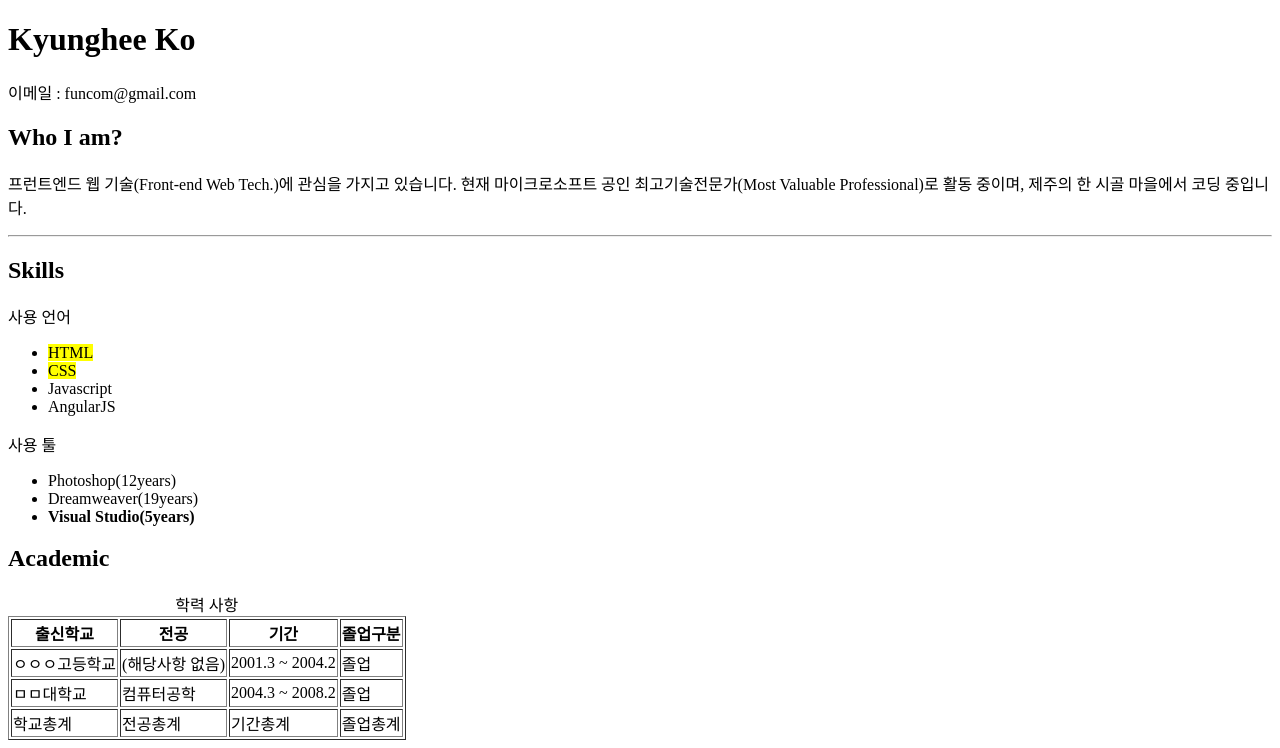
Repository: seulhwangbo/SeulJSP
Page: jspSrc17/webStandard01/src/main/webapp/02/resume.html
The author's editor kept a copy of each file at every save. The page is drawn from the files as they stood at one save, then again after the next save.
The browser window is 1280 px wide. The pictures show the whole page.

Above is the page before, as saved 2024-06-13 07:47:00.

### jspSrc17/webStandard01/src/main/webapp/02/resume.html
<!DOCTYPE html>
<html>
<head>
<meta charset="UTF-8">
<title>Insert title here</title>
</head>
<body>
	<h1>Kyunghee Ko</h1>
	<p>이메일 : funcom@gmail.com</p>
	<h2>Who I am?</h2>
	<p>프런트엔드 웹 기술(Front-end Web Tech.)에 관심을 가지고 있습니다. 현재 마이크로소프트 공인
		최고기술전문가(Most Valuable Professional)로 활동 중이며, 제주의 한 시골 마을에서 코딩 중입니다.</p>
	<hr>
	<h2>Skills</h2>
	<p>사용 언어</p>

	<ul>
		<li><mark>HTML</mark></li>
		<li><mark>CSS</mark></li>
		<li>Javascript</li>
		<li>AngularJS</li>
	</ul>

	<p>사용 툴</p>
	<ul>
		<li>Photoshop(12years)</li>
		<li>Dreamweaver(19years)</li>
		<li><b>Visual Studio(5years)</b></li>
	</ul>
	<table border="1">
	<h2> Academic</h2>
		<caption> 학력 사항</caption>
		<thead>
			<th>출신학교</th>
			<th>전공</th>
			<th>기간</th>
			<th>졸업구분</th>
		</thead>
		<tr>
			<td>ㅇㅇㅇ고등학교</td>
			<td>(해당사항 없음)</td>
			<td>2001.3 ~ 2004.2</td>
			<td>졸업</td>
		</tr>
			<tr>
				<td>ㅁㅁ대학교</td>
				<td>컴퓨터공학</td>
				<td>2004.3 ~ 2008.2</td>
				<td>졸업</td>
		<tfoot>
			<tr>
				<td>학교총계</td>
				<td>전공총계</td>
				<td>기간총계</td>
				<td>졸업총계</td>
			</tr>
		</tfoot>
	</table>
</body>
</html>

After the next save:
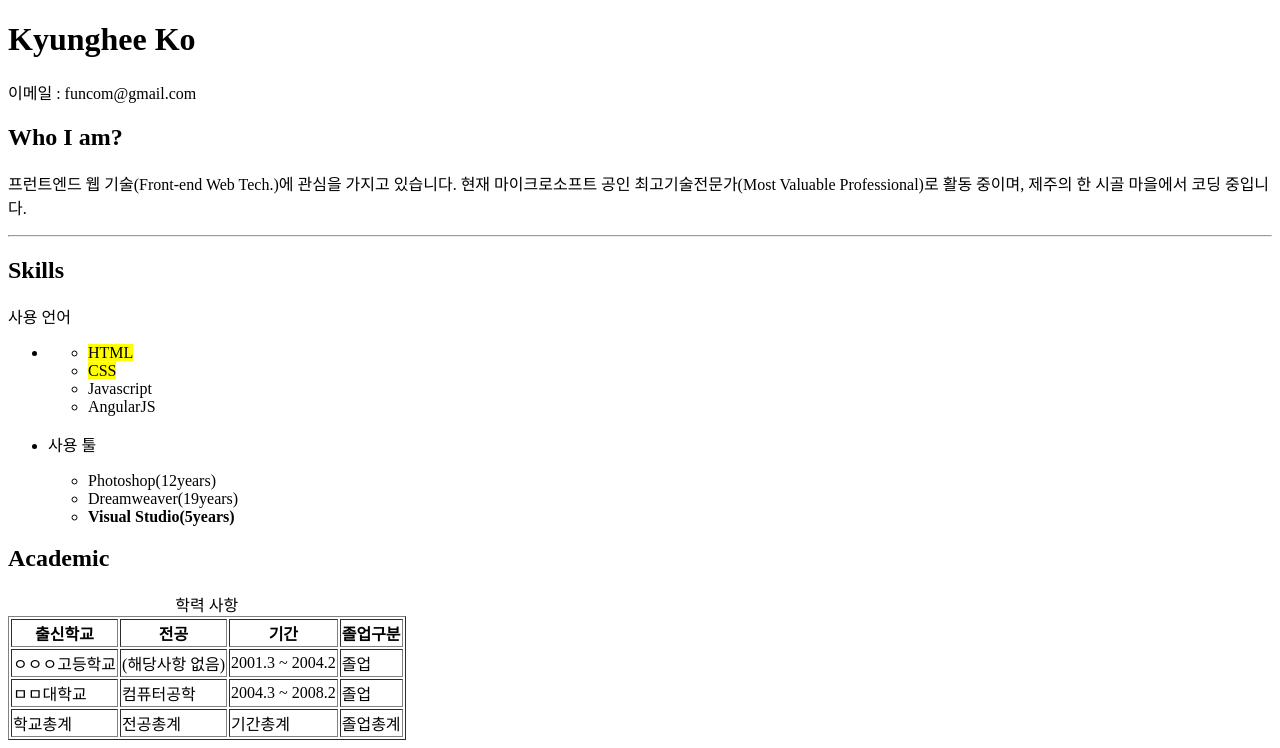
Saved 86 s later.
--- a/jspSrc17/webStandard01/src/main/webapp/02/resume.html
+++ b/jspSrc17/webStandard01/src/main/webapp/02/resume.html
@@ -13,23 +13,27 @@
 	<hr>
 	<h2>Skills</h2>
 	<p>사용 언어</p>
-
 	<ul>
-		<li><mark>HTML</mark></li>
-		<li><mark>CSS</mark></li>
-		<li>Javascript</li>
-		<li>AngularJS</li>
-	</ul>
-
-	<p>사용 툴</p>
-	<ul>
-		<li>Photoshop(12years)</li>
-		<li>Dreamweaver(19years)</li>
-		<li><b>Visual Studio(5years)</b></li>
+		<li>
+			<ul>
+				<li><mark>HTML</mark></li>
+				<li><mark>CSS</mark></li>
+				<li>Javascript</li>
+				<li>AngularJS</li>
+			</ul>
+		</li>
+		<li>
+			<p>사용 툴</p>
+			<ul>
+				<li>Photoshop(12years)</li>
+				<li>Dreamweaver(19years)</li>
+				<li><b>Visual Studio(5years)</b></li>
+			</ul>
+		</li>
 	</ul>
 	<table border="1">
-	<h2> Academic</h2>
-		<caption> 학력 사항</caption>
+		<h2>Academic</h2>
+		<caption>학력 사항</caption>
 		<thead>
 			<th>출신학교</th>
 			<th>전공</th>
@@ -42,11 +46,11 @@
 			<td>2001.3 ~ 2004.2</td>
 			<td>졸업</td>
 		</tr>
-			<tr>
-				<td>ㅁㅁ대학교</td>
-				<td>컴퓨터공학</td>
-				<td>2004.3 ~ 2008.2</td>
-				<td>졸업</td>
+		<tr>
+			<td>ㅁㅁ대학교</td>
+			<td>컴퓨터공학</td>
+			<td>2004.3 ~ 2008.2</td>
+			<td>졸업</td>
 		<tfoot>
 			<tr>
 				<td>학교총계</td>
